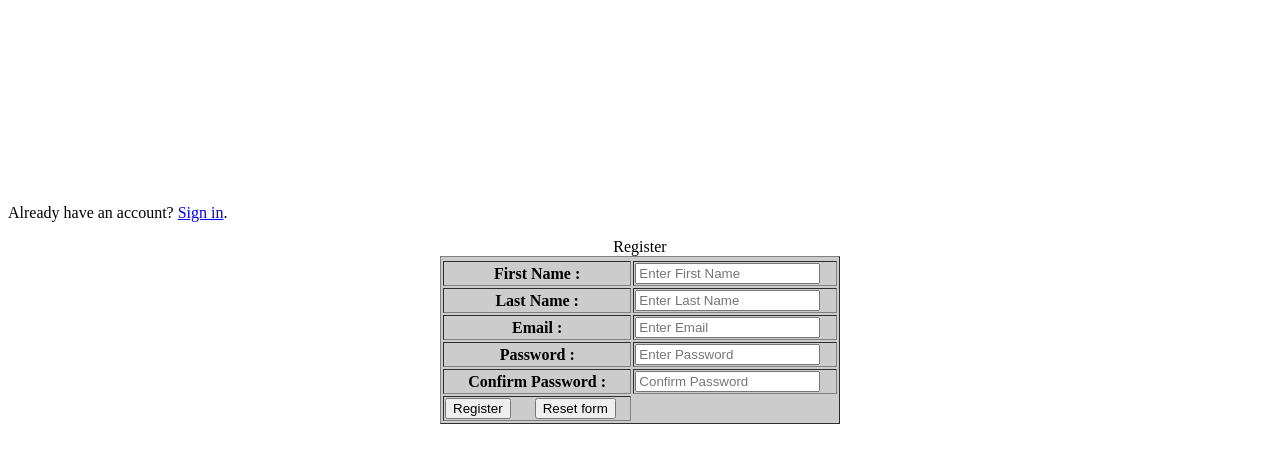
Repository: 1919satya/Mode2
Page: sample/sample/WebContent/sample.html
The author's editor kept a copy of each file at every save. The page is drawn from the files as they stood at one save, then again after the next save.
The browser window is 1280 px wide. The pictures show the whole page.

Above is the page before, as saved 2019-10-09 10:17:43.

After the next save:
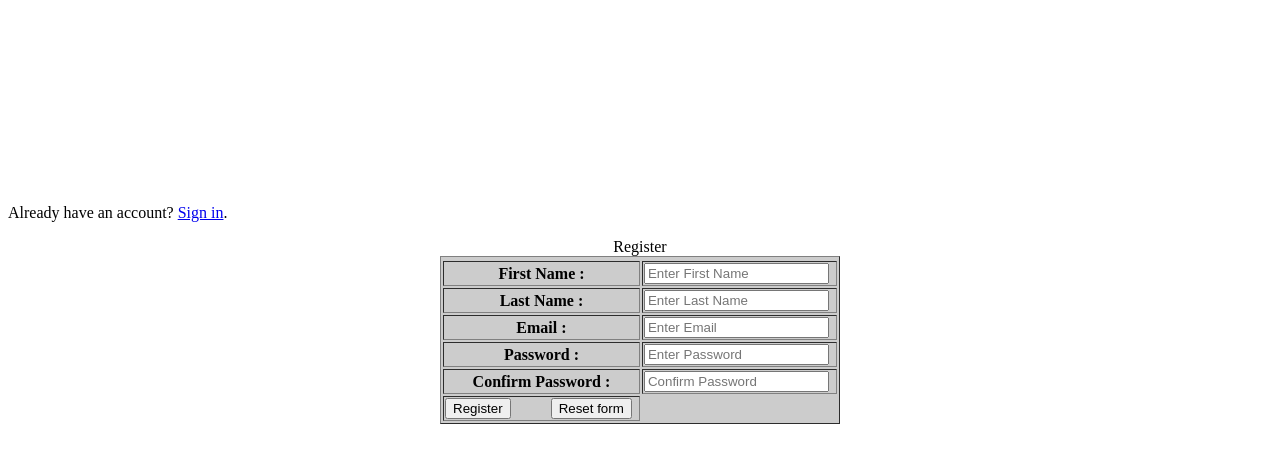
Saved 15 s later.
--- a/sample/sample/WebContent/sample.html
+++ b/sample/sample/WebContent/sample.html
@@ -38,7 +38,7 @@
    <tr>
    <center>
     <td><button type="submit" class="registerbtn">Register</button>
-    &nbsp;&nbsp;&nbsp;&nbsp;
+    &nbsp;&nbsp;&nbsp;&nbsp;&nbsp;&nbsp;&nbsp;&nbsp;
     <button type="reset" >Reset form</button></td>
     </center>
     </tr>
